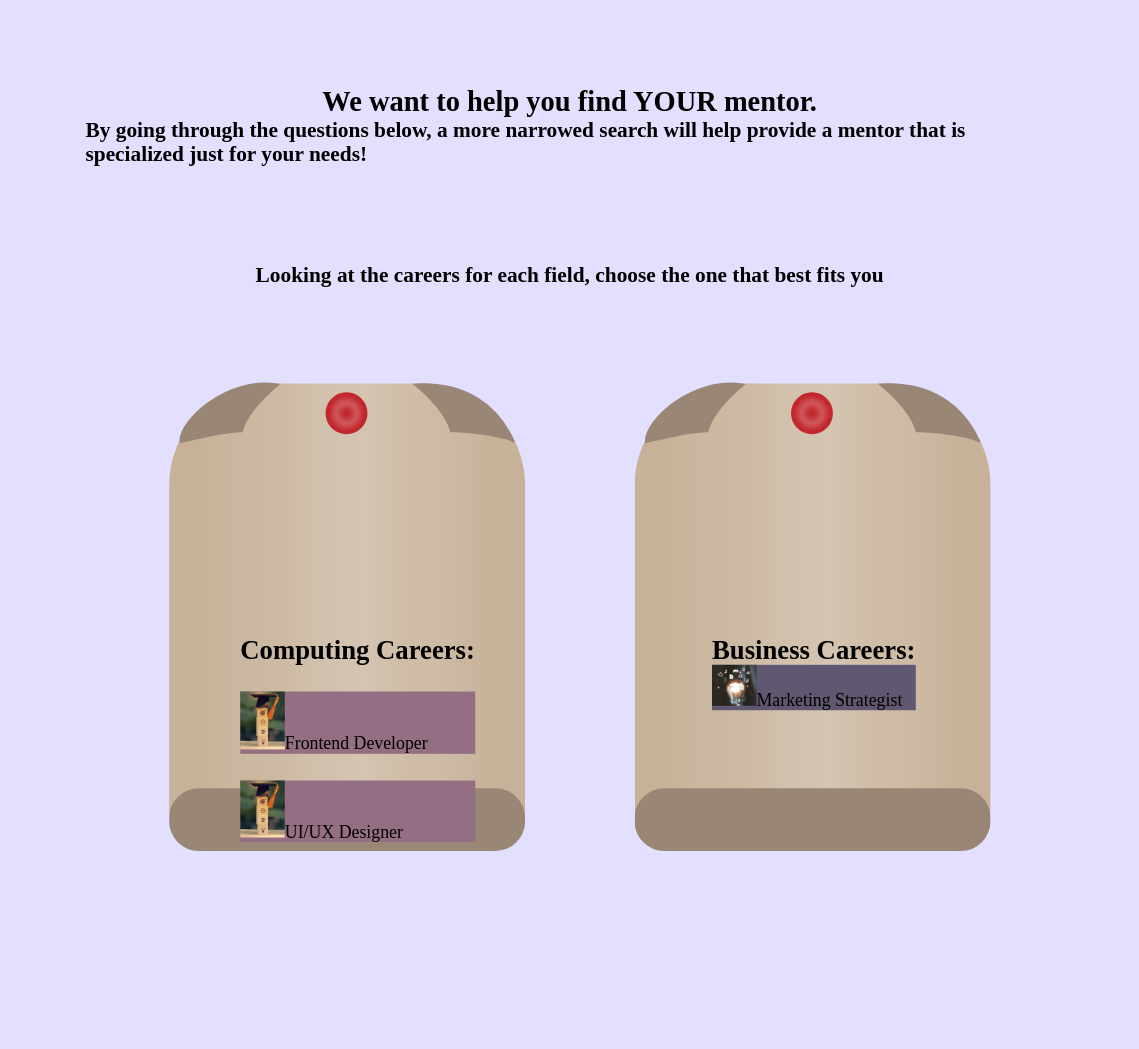
Repository: anikagrewal/week3example
Page: /about
These files come from the project's save history. The page is drawn as it stood at one moment and after the next save; the edit follows.
The browser window is 1280 px wide. The pictures show the whole page, at 89% of full size.
The project was rebuilt for these pictures with package versions that can differ from the ones it lists, and the page was loaded fresh each time. The framework's server and built-in components were replaced by stand-ins that run in the browser. Also part of the build but not shown: next.config.js.

Above is the page before, as saved 2023-01-23 14:43:03.

After the next save:
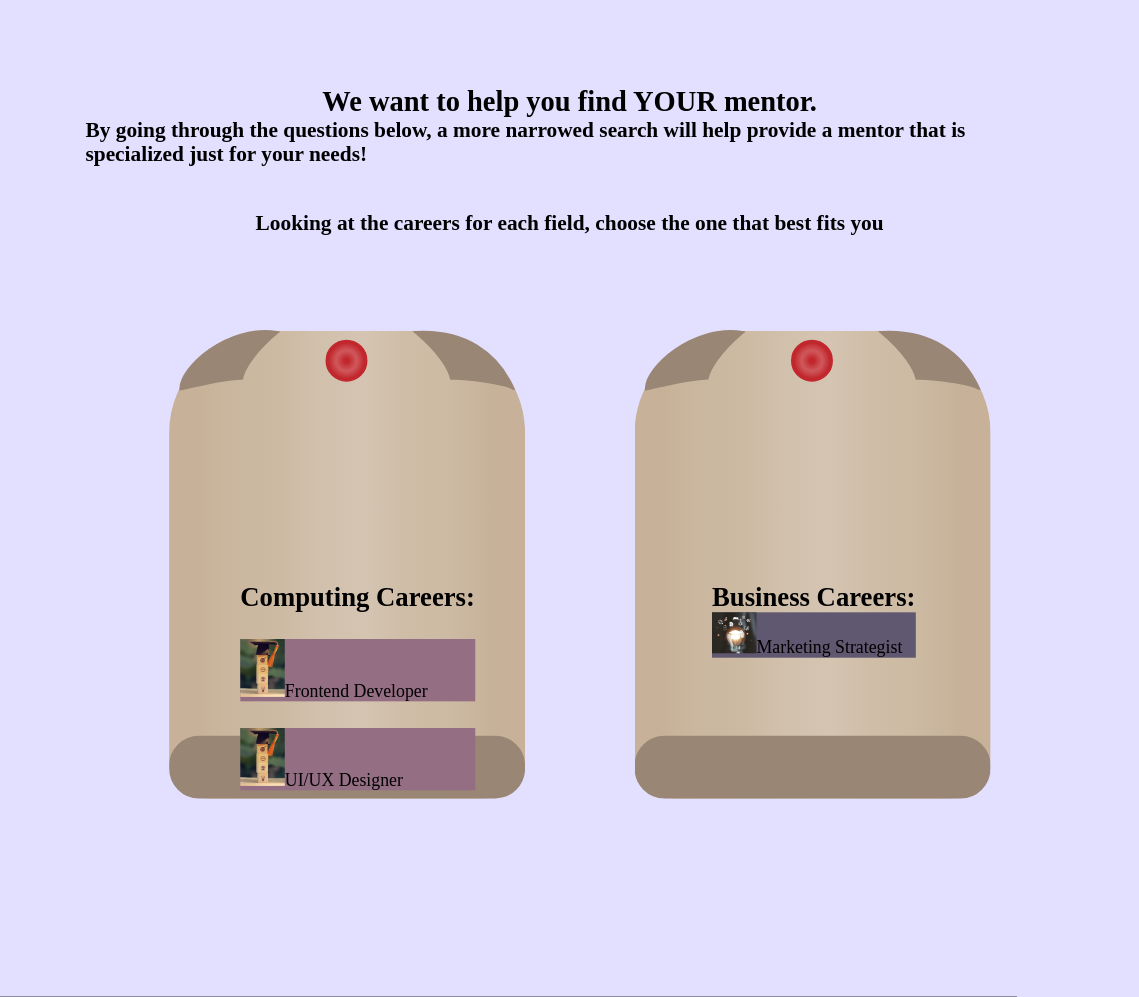
Saved 9 s later.
--- a/styles/About.module.css
+++ b/styles/About.module.css
@@ -89,7 +89,7 @@
   }
 
   .careerinfo {
-    margin-top: 10%;
+    margin-top: 50px;
   }
 
   .busdeg {
